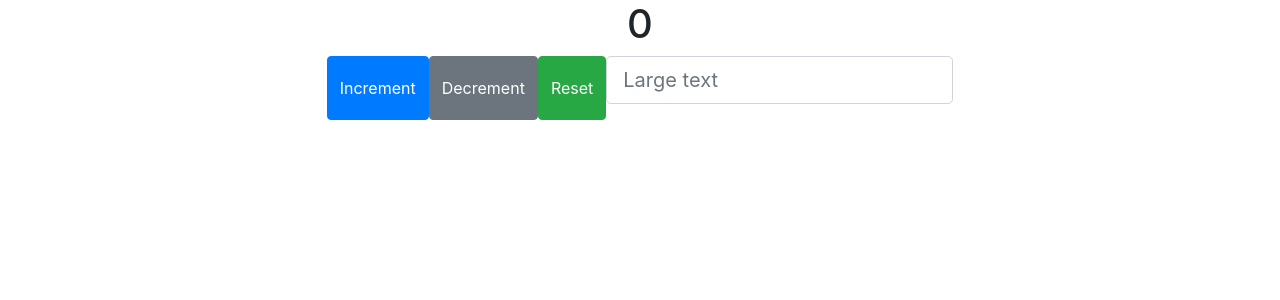
Repository: tts2610/redux-counter
Page: /
The author's editor kept a copy of each file at every save. The page is drawn from the files as they stood at one save, then again after the next save.
The browser window is 1280 px wide. The pictures show the whole page.
The project was rebuilt for these pictures with package versions that can differ from the ones it lists, and the page was loaded fresh each time.

Above is the page before, as saved 2020-06-09 14:48:33.

After the next save:
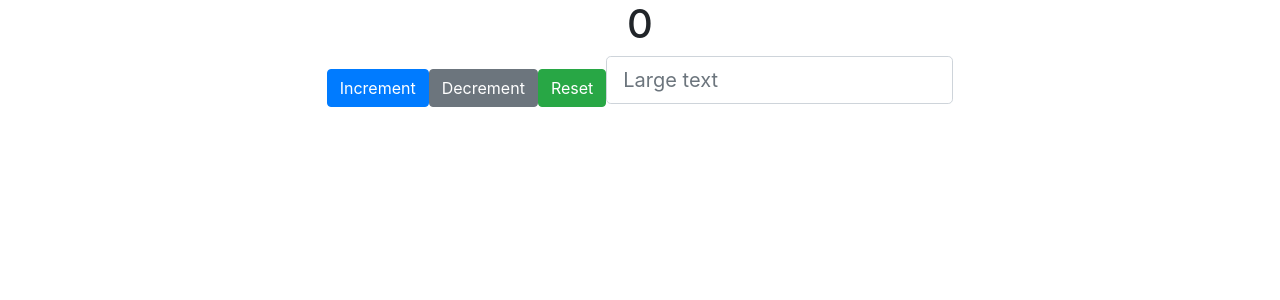
Saved 16 s later.
--- a/src/App.js
+++ b/src/App.js
@@ -11,7 +11,13 @@ function App() {
   return (
     <div className="App">
       <h1>{count}</h1>
-      <div style={{ display: "flex", justifyContent: "center" }}>
+      <div
+        style={{
+          display: "flex",
+          justifyContent: "center",
+          alignItems: "center",
+        }}
+      >
         <Button
           onClick={() => dispatch({ type: "INCREMENT" })}
           variant="primary"
